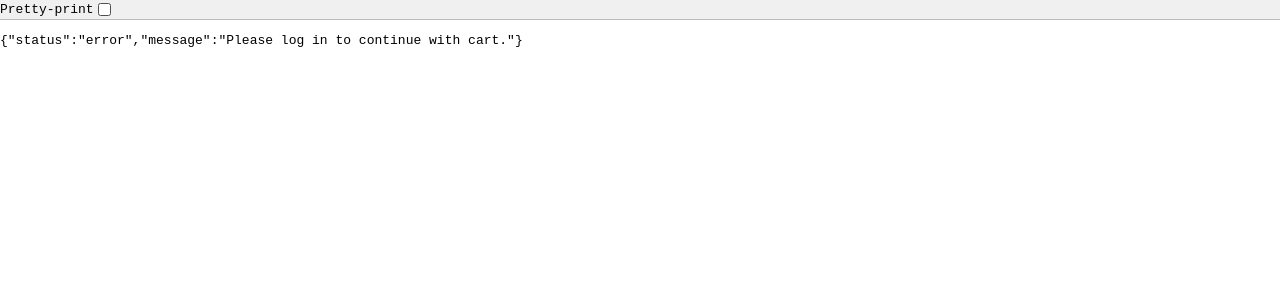
Repository: shrewd-baddest/YOGOBLAST_SERVER-SIDE
Page: http://localhost/cart.php
The author's editor kept a copy of each file at every save. The page is drawn from the files as they stood at one save, then again after the next save.
The browser window is 1280 px wide. The pictures show the whole page.
The page is run by PHP 8.4 with error messages shown; the project is at /var/www/html/.

Above is the page before, as saved 2025-05-30 17:44:45.

### cart.php
<?php
include ('session_config.php');
header("Access-Control-Allow-Origin: http://localhost:5173");
header("Access-Control-Allow-Credentials: true");
header("Access-Control-Allow-Headers: Content-Type");
header("Access-Control-Allow-Methods: POST, GET, OPTIONS");
header("Content-Type: application/json");

include('connect.php');

$cart = json_decode(file_get_contents("php://input"), true);


//Step 1: Fetch user from session table
// $userQuery = "SELECT user_id FROM sessions WHERE id=14  LIMIT 1";
// $userResult = mysqli_query($conn, $userQuery);

// if ($userResult && mysqli_num_rows($userResult) > 0) {
//     $userData = mysqli_fetch_assoc($userResult);
//    $_SESSION["userId"]= $userData["user_id"];

//     // Set cookie correctly: name = 'userId', value = $userId
//     // setcookie("userId", $userId, time() + (60 * 30), "/", "", false, true); // 30-minute expiry
// } else {
//     echo json_encode(["status" => "error", "message" => "User not found in session."]);
//     exit;
// }

// Step 2: Read userId from cookie
// echo $_COOKIE["userId"];
if(isset($_SESSION["userId"])) {
    $user_id =$_SESSION["userId"];
    // echo  $user_id;
} else {
    echo json_encode(["status" => "error", "message" => "Please log in to continue with cart."]);
    exit;
}

// Step 3: Get product details from frontend
$product_id = $cart['productId'] ?? null;
$quantity = $cart['Quantity'] ?? null;

// Step 4: If both values are empty, return total quantity
if(empty($product_id) && empty($quantity)) {
    $query = "SELECT SUM(quantity) as total_quantity FROM shoping_cart WHERE user_id = ?";
    $stmt = mysqli_prepare($conn, $query);
    mysqli_stmt_bind_param($stmt, 'i', $user_id);
    mysqli_stmt_execute($stmt);
    $result = mysqli_stmt_get_result($stmt);
    $data = mysqli_fetch_assoc($result);

    echo json_encode($data);
    exit;
}

// Step 5: Add to cart
$sql = "INSERT INTO shoping_cart (product_id, user_id, quantity) VALUES (?, ?, ?)";
$stmt = mysqli_prepare($conn, $sql);
mysqli_stmt_bind_param($stmt, "iii", $product_id, $user_id, $quantity);

try {
    mysqli_stmt_execute($stmt);
    echo json_encode(["status" => "success", "message" => "Item added to cart"]);
} catch (mysqli_sql_exception $e) {
    echo json_encode(["status" => "error", "message" => "Could not add item to cart"]);
}

mysqli_close($conn);
?>

### session_config.php
<?php
ini_set('session.cookie_secure', 0); // Allow session cookie on HTTP
session_set_cookie_params([
    'lifetime' => 1800, // 30 minutes
    'path' => '/',
    'domain' => 'localhost',
    'secure' => false,
    'httponly' => true,
    'samesite' => 'Lax'
]);
session_start();

 if(isset($_SESSION['LAST_ACTIVITY']) && (time() - $_SESSION['LAST_ACTIVITY'] > 1800)) {
     session_unset();
    session_destroy();
    echo json_encode(["status" => "error", "message" => "Session expired. Please log in again."]);
        exit;
}
$_SESSION['LAST_ACTIVITY'] = time(); // Update activity time
    ?>

### connect.php
<?php
$server_name = "localhost";
$user_name = "root";
$password = "";
$db_name = "yogo_blast"; // no spaces

$conn = mysqli_connect($server_name, $user_name, $password, $db_name);

if (!$conn) {
    die("Connection failed: " . mysqli_connect_error());
}
// echo "Connected successfully";
?>

After the next save:
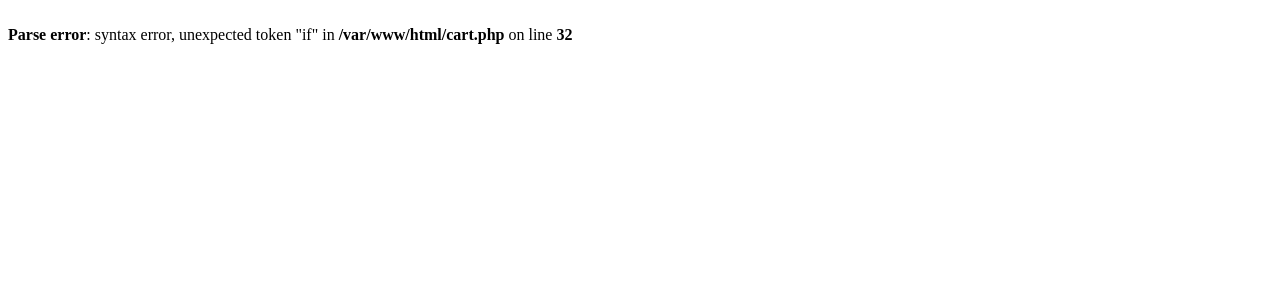
Saved 83 s later.
--- a/cart.php
+++ b/cart.php
@@ -28,6 +28,7 @@
 
 // Step 2: Read userId from cookie
 // echo $_COOKIE["userId"];
+echo
 if(isset($_SESSION["userId"])) {
     $user_id =$_SESSION["userId"];
     // echo  $user_id;

After the save that followed:
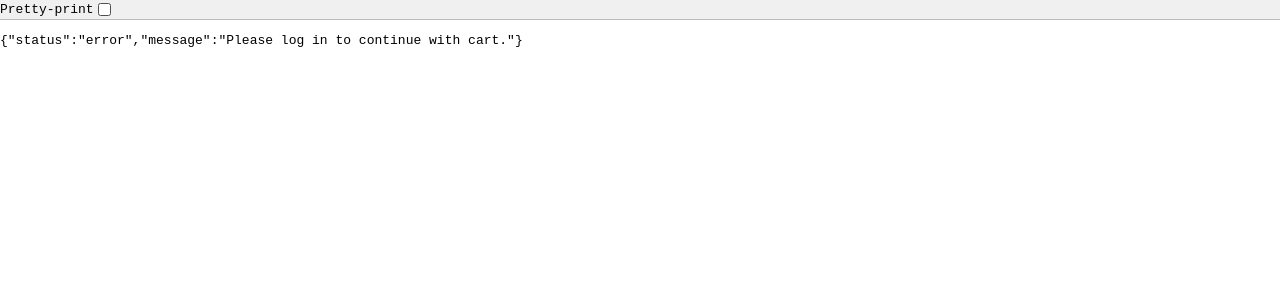
Saved 7 s later.
--- a/cart.php
+++ b/cart.php
@@ -28,7 +28,7 @@
 
 // Step 2: Read userId from cookie
 // echo $_COOKIE["userId"];
-echo
+
 if(isset($_SESSION["userId"])) {
     $user_id =$_SESSION["userId"];
     // echo  $user_id;
